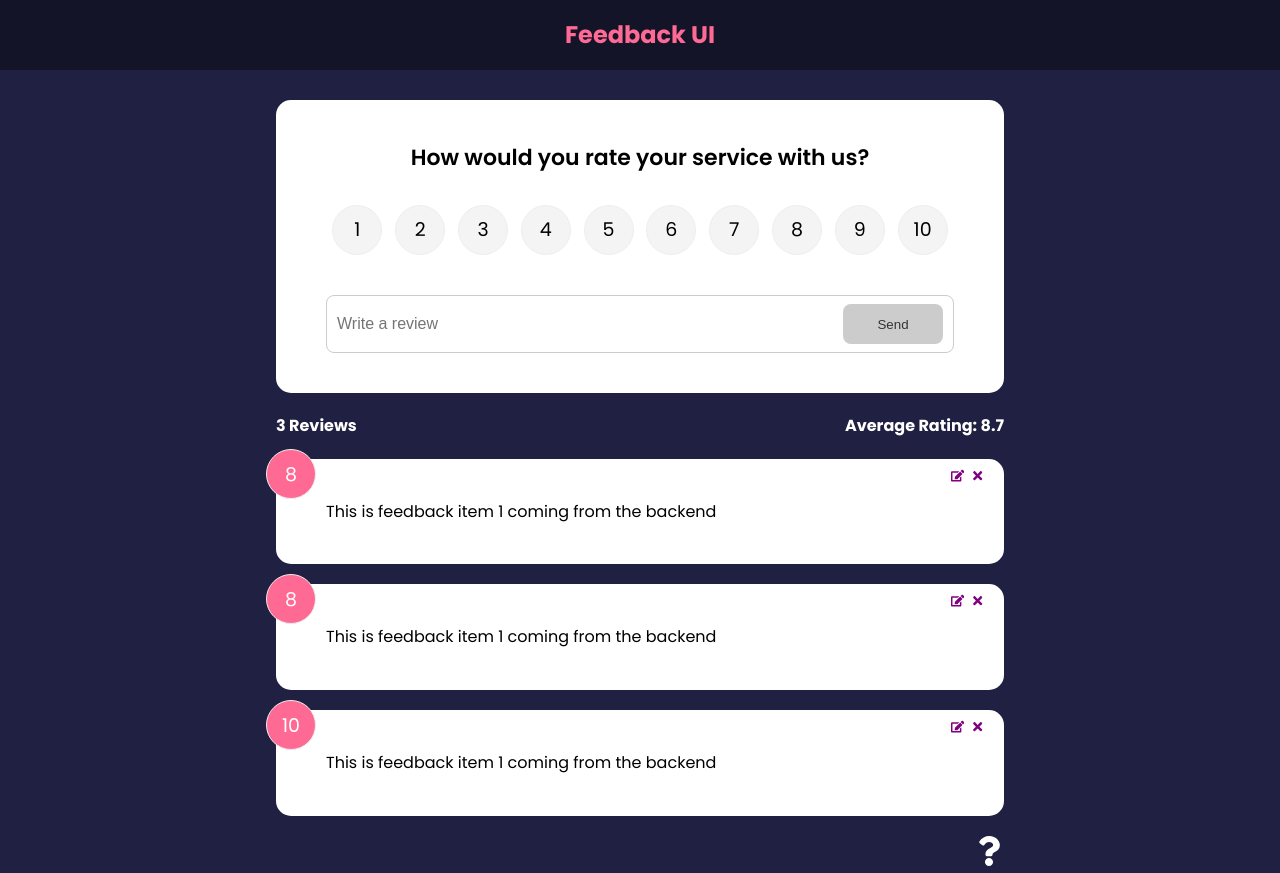
Repository: minhtien9/Feedback_App
Page: /
An editor plug-in stored every save of this project. The page is shown before and after the next save, followed by the edit.
The browser window is 1280 px wide. The pictures show the whole page.
The project was rebuilt for these pictures with package versions that can differ from the ones it lists, and the page was loaded fresh each time. Requests to the local data server were answered from the project's data file. Also part of the build but not shown: src/pages/AboutPage.jsx.

Above is the page before, as saved 2022-02-19 20:16:47.

After the next save:
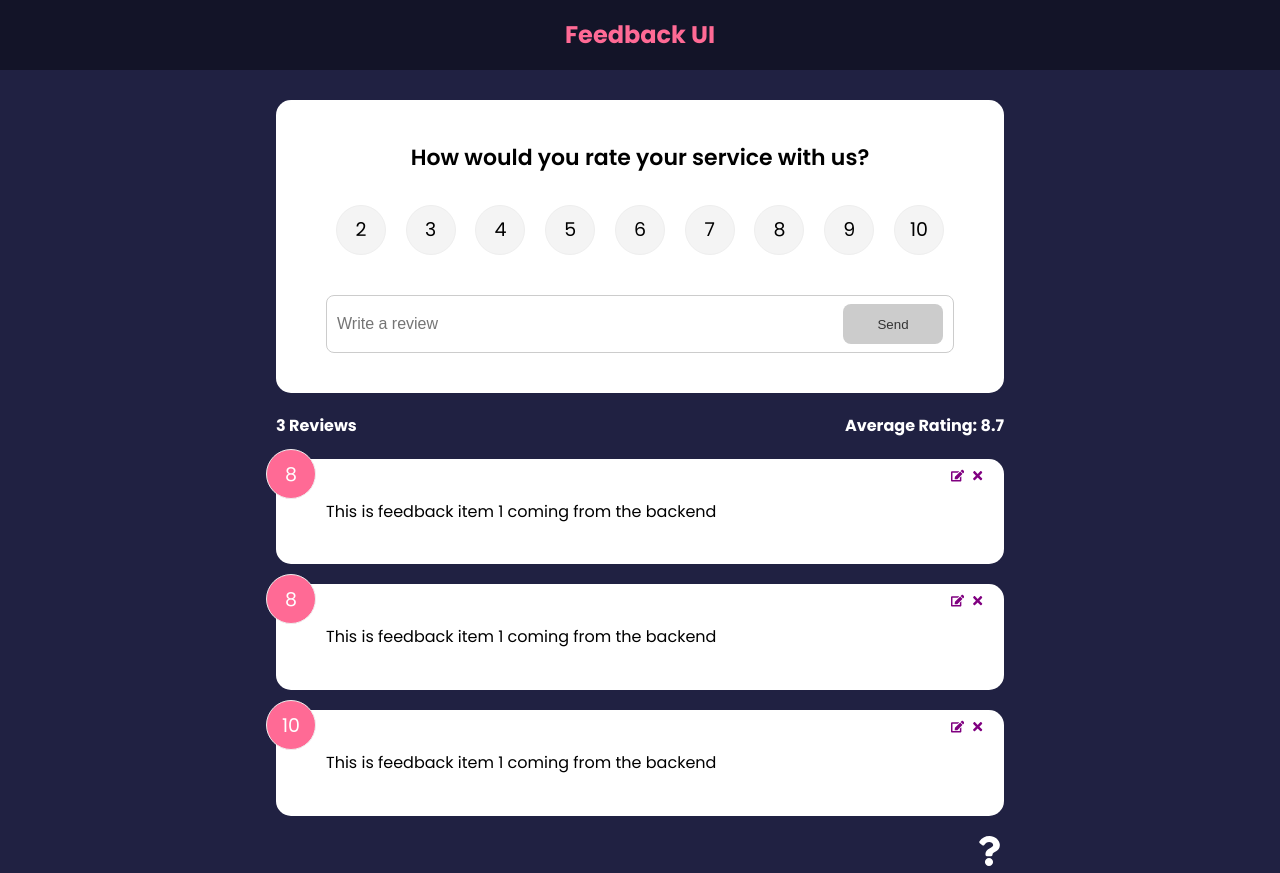
Saved 77 s later.
--- a/src/components/RatingSelect.jsx
+++ b/src/components/RatingSelect.jsx
@@ -8,21 +8,13 @@ function RatingSelect({ select, selected }) {
 
     const handleChange = (e) => {
         // setSelected(+e.target.value)
-        select(+e.target.value)
+        // select(+e.target.value)
+        select(+e.currentTarget.value)
     }
     return (
         <ul className='rating'>
-            <li>
-                <input
-                    type='radio'
-                    id='num1'
-                    name='rating'
-                    value='1'
-                    onChange={handleChange}
-                    checked={selected === 1}
-                />
-                <label htmlFor='num1'>1</label>
-            </li>
+            {Array.from({ length: 10 }, (_, i) => {})}
+
             <li>
                 <input
                     type='radio'
